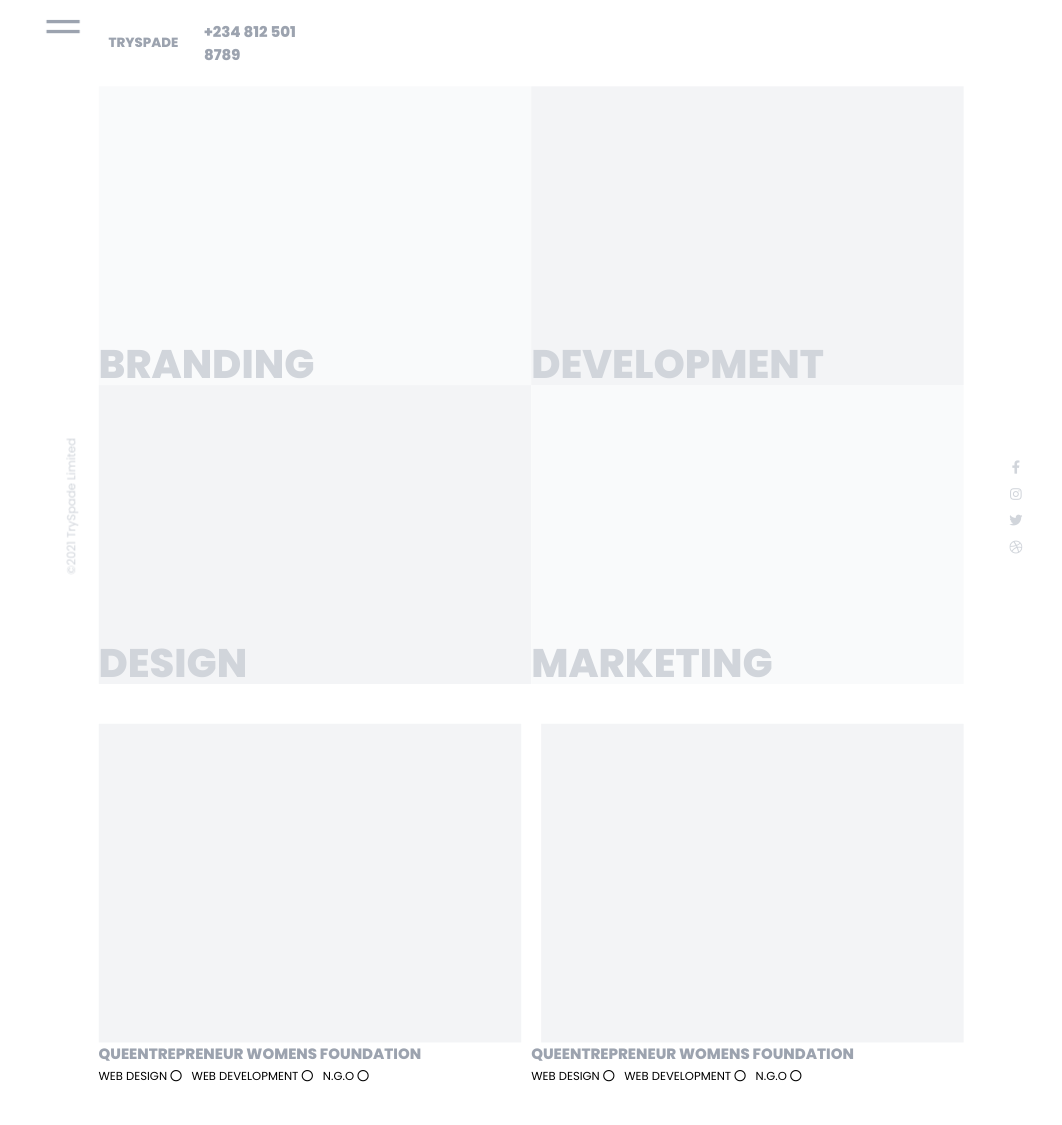
Repository: latenightsnacc/super-octo-fortnight
Page: new.html
An editor plug-in stored every save of this project. The page is shown before and after the next save, followed by the edit.
The browser window is 1280 px wide. The pictures show the whole page, at 83% of full size.
Some web libraries are served in a nearby version.

Above is the page before, as saved 2021-03-01 16:16:46.

### new.html
<!DOCTYPE html>
<html lang="en">
<head>
    <meta charset="UTF-8">
    <meta name="viewport" content="width=device-width, initial-scale=1.0">
    <!--Tailwind 2.0.2-->
    <link href="https://cdnjs.cloudflare.com/ajax/libs/tailwindcss/2.0.2/tailwind.min.css" rel="stylesheet">
    <!--Font Awesome 5.15.1-->
    <link rel="stylesheet" href="https://cdnjs.cloudflare.com/ajax/libs/font-awesome/5.15.1/css/all.min.css" integrity="sha512-+4zCK9k+qNFUR5X+cKL9EIR+ZOhtIloNl9GIKS57V1MyNsYpYcUrUeQc9vNfzsWfV28IaLL3i96P9sdNyeRssA==" crossorigin="anonymous" />
    <!-- Bootstrap 5.0.0 Beta-->
    <link href="https://cdn.jsdelivr.net/npm/bootstrap@5.0.0-beta1/dist/css/bootstrap.min.css" rel="stylesheet" integrity="sha384-giJF6kkoqNQ00vy+HMDP7azOuL0xtbfIcaT9wjKHr8RbDVddVHyTfAAsrekwKmP1" crossorigin="anonymous" />
    <!-- UIkit CSS -->
    <link rel="stylesheet" href="https://cdn.jsdelivr.net/npm/uikit@3.6.9/dist/css/uikit.min.css" />
    <!--FAVICON-->
    <link rel="apple-touch-icon" sizes="180x180" href="/apple-touch-icon.png">
    <link rel="icon" type="image/png" sizes="32x32" href="/favicon-32x32.png">
    <link rel="icon" type="image/png" sizes="16x16" href="/favicon-16x16.png">
    <link rel="manifest" href="/site.webmanifest">

    <title>TrySpade - Digital Agency</title>
    <style>
        @import url('https://fonts.googleapis.com/css2?family=Poppins:wght@100;300;400;800&display=swap');
        *{font-family: 'Poppins', sans-serif;}
    </style>
</head>
<body>
    <div class="flex flex-row min-h-screen">
        <div class="w-1/12  h-full ">
            <div class="fixed top-0 left-8">
                <div class="flex flex-col p-4">
                    <span class="w-10 border-2 border-gray-400 mb-2"></span>
                    <span class="w-10 border-2 border-gray-400"></span>
                </div>
            </div>
            <div class="fixed bottom-20 left-1">
                <p class="text-gray-300 transform text-sm -rotate-90">&copy;2021 TrySpade Limited</p>
            </div>
        </div>
        <!--MAIN COLUMN-->
        <div class="w-10/12">
            <!--HEADER-->
            <header class="navbar fixed">
                <div class="container">
                    <div class="flex flex-row py-3 items-center">
                        <div class="w-1/2 flex flex-row items-center">
                            <div class="ml-3 uppercase font-bold text-gray-400">tryspade</div>
                        </div>
                        <div class="w-1/2 flex flex-row items-center justify-end">
                            <a href="tel:+2348125018789" class="text-gray-400 hover:no-underline font-bold text-lg">+234 812 501 8789</a>
                            <!-- <a class="no-underline hover:no-underline">

                            </a> -->
                        </div>
                    </div>
                </div>
            </header>
            <!--END OF HEADER-->

            <!--TRYSPADE SERVICES-->
            <section id="services">
                <div class="container">
                    <div class="flex flex-row h-screen">
                        <div class="w-1/2 flex flex-col">
                        <div class="bg-gray-50 h-50 group hover:shadow-2xl hover:shadow-inner">
                            <div class="flex h-full items-end">
                                <div class="uppercase text-2xl md:text-5xl text-gray-300 font-bold group-hover:text-gray-700">branding</div>
                            </div>
                        </div>
                        <div class="bg-gray-100 h-50 group hover:shadow-2xl hover:shadow-inner">
                            <div class="flex h-full items-end">
                                <div class="uppercase text-2xl md:text-5xl text-gray-300 font-bold group-hover:text-gray-700">design</div>
                            </div>
                        </div>
                        </div>
                        <div class="w-1/2 flex flex-col">
                        <div class="bg-gray-100 h-50 group hover:shadow-2xl hover:shadow-inner">
                            <div class="flex h-full items-end">
                                <div class="uppercase text-2xl md:text-5xl text-gray-300 font-bold group-hover:text-gray-700">development</div>
                            </div>
                        </div>
                        <div class="bg-gray-50 h-50 group hover:shadow-2xl hover:shadow-inner">
                            <div class="flex h-full items-end">
                                <div class="uppercase text-2xl md:text-5xl text-gray-300 font-bold group-hover:text-gray-700">marketing</div>
                            </div>
                        </div>
                        </div>
                    </div>
                </div>
            </section>
            <!--END OF TRYSPADE SERVICES-->
            <div class="my-5"></div>
            <!--PORTFOLIO-->
            <section id="our-work">
                <div class="container">
                    <div class="flex flex-row">
                        <div class="md:w-1/2">
                            <div class="bg-gray-100 h-96 mr-3">

                            </div>
                            <a href="#" class="text-gray-400 py-2 uppercase font-bold text-lg hover:no-underline hover:text-gray-500">queentrepreneur womens foundation</a>
                            <div>
                                <a href="#" class="text-black uppercase hover:no-underline hover:text-black text-sm mr-2">
                                    web design
                                    <span class="text-black text-sm">
                                       <i class="far fa-circle"></i>
                                    </span>
                                </a>
                                <a href="#" class="text-black uppercase hover:no-underline hover:text-black text-sm mr-2">
                                    web development
                                    <span class="text-black text-sm">
                                       <i class="far fa-circle"></i>
                                    </span>
                                </a>
                                <a href="#" class="text-black uppercase hover:no-underline hover:text-black text-sm">
                                    N.G.O
                                    <span class="text-black text-sm">
                                       <i class="far fa-circle"></i>
                                    </span>
                                </a>
                            </div>
                        </div>
                        <div class="my-5"></div>
                        <div class="md:w-1/2">
                            <div class=" bg-gray-100 h-96 ml-3">

                            </div>
                            <a href="#" class="text-gray-400 py-2 uppercase font-bold text-lg hover:no-underline hover:text-gray-500">queentrepreneur womens foundation</a>
                            <div>
                                <a href="#" class="text-black uppercase hover:no-underline hover:text-black text-sm mr-2">
                                    web design
                                    <span class="text-black text-sm">
                                       <i class="far fa-circle"></i>
                                    </span>
                                </a>
                                <a href="#" class="text-black uppercase hover:no-underline hover:text-black text-sm mr-2">
                                    web development
                                    <span class="text-black text-sm">
                                       <i class="far fa-circle"></i>
                                    </span>
                                </a>
                                <a href="#" class="text-black uppercase hover:no-underline hover:text-black text-sm">
                                    N.G.O
                                    <span class="text-black text-sm">
                                       <i class="far fa-circle"></i>
                                    </span>
                                </a>
                            </div>
                        </div>

                    </div>
                </div>
            </section>
            <!--END OF PORTFOLIO-->
            <div class="my-5"></div>
        </div>
        <!--END OF MAIN COLUMN-->

        <!--SIDE COLUMN-->
        <div class="w-1/12 bg-blue-300 h-full">
            <div class="fixed bottom-10 right-12">
                <div class="flex flex-col items-center justify-end h-full">
                    <a href="#" class="mb-2 text-gray-300 hover:no-underline hover:text-gray-700">
                        <i class="fab fa-facebook-f"></i>
                    </a>
                    <a href="#" class="mb-2  text-gray-300 hover:no-underline hover:text-gray-700">
                        <i class="fab fa-instagram"></i>
                    </a>
                    <a href="#" class="mb-2  text-gray-300 hover:no-underline hover:text-gray-700">
                        <i class="fab fa-twitter"></i>
                    </a>
                    <a href="#" class="mb-2  text-gray-300 hover:no-underline hover:text-gray-700">
                        <i class="fab fa-dribbble"></i>
                    </a>
                </div>
            </div>
        </div>
        <!--END OF SIDE COLUMN-->
    </div>

    <!-- UIkit JS -->
    <script src="https://cdn.jsdelivr.net/npm/uikit@3.6.9/dist/js/uikit.min.js"></script>
    <script src="https://cdn.jsdelivr.net/npm/uikit@3.6.9/dist/js/uikit-icons.min.js"></script>
    <!--BOOTSTRAP CDN-->
    <script src="https://cdn.jsdelivr.net/npm/bootstrap@5.0.0-beta1/dist/js/bootstrap.bundle.min.js" integrity="sha384-ygbV9kiqUc6oa4msXn9868pTtWMgiQaeYH7/t7LECLbyPA2x65Kgf80OJFdroafW" crossorigin="anonymous"></script>
    <!--JQUERY CDN-->
    <script src="https://ajax.googleapis.com/ajax/libs/jquery/3.4.1/jquery.min.js"></script>
    <!-- Start of HubSpot Embed Code -->
    <!-- <script type="text/javascript" id="hs-script-loader" async defer src="//js.hs-scripts.com/9284931.js"></script> -->
    <!-- End of HubSpot Embed Code -->
</body>
</html>

After the next save:
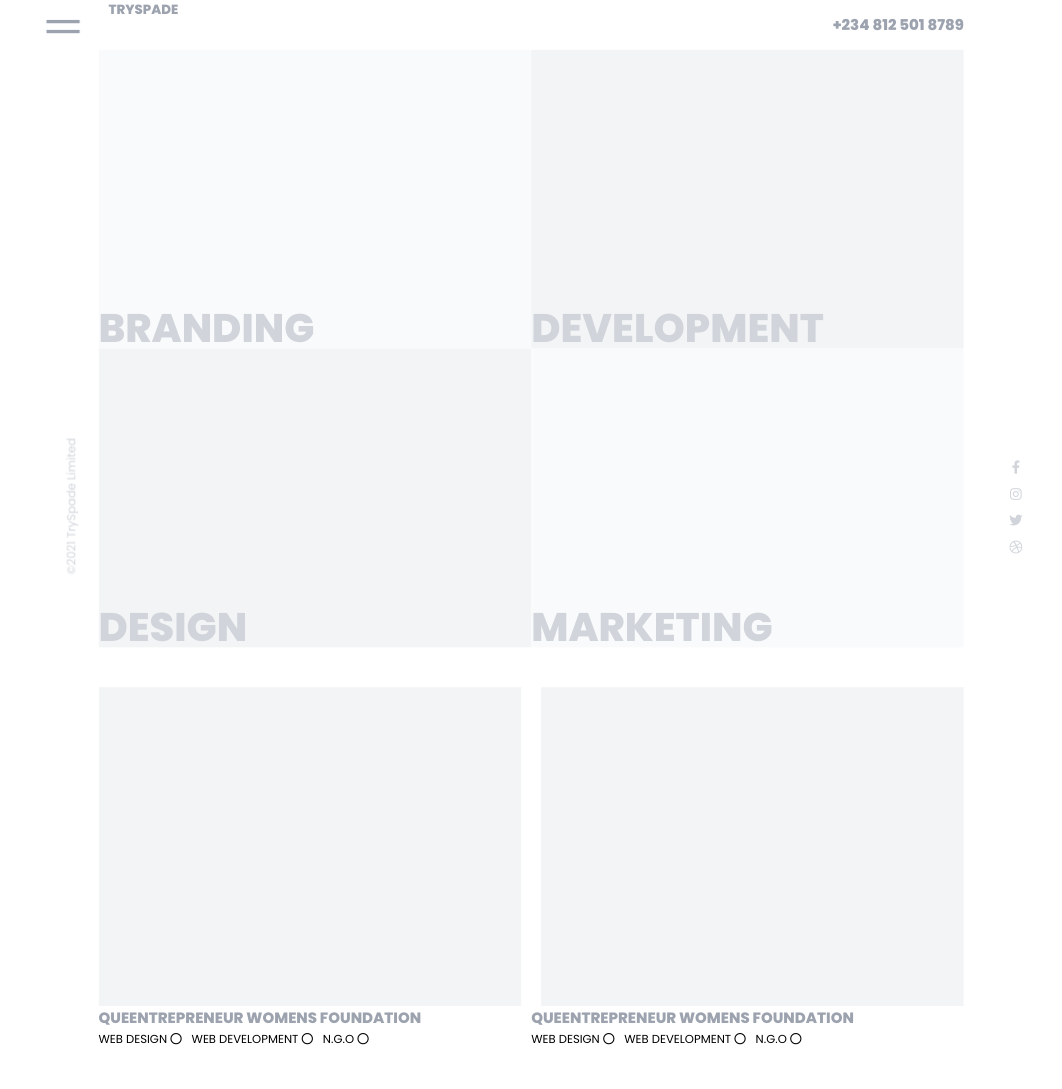
Saved 114 s later.
--- a/new.html
+++ b/new.html
@@ -39,11 +39,13 @@
         <!--MAIN COLUMN-->
         <div class="w-10/12">
             <!--HEADER-->
-            <header class="navbar fixed">
+            <header>
                 <div class="container">
                     <div class="flex flex-row py-3 items-center">
                         <div class="w-1/2 flex flex-row items-center">
-                            <div class="ml-3 uppercase font-bold text-gray-400">tryspade</div>
+                            <div class="fixed top-0">
+                                <div class="ml-3 uppercase font-bold text-gray-400">tryspade</div>
+                            </div>
                         </div>
                         <div class="w-1/2 flex flex-row items-center justify-end">
                             <a href="tel:+2348125018789" class="text-gray-400 hover:no-underline font-bold text-lg">+234 812 501 8789</a>
